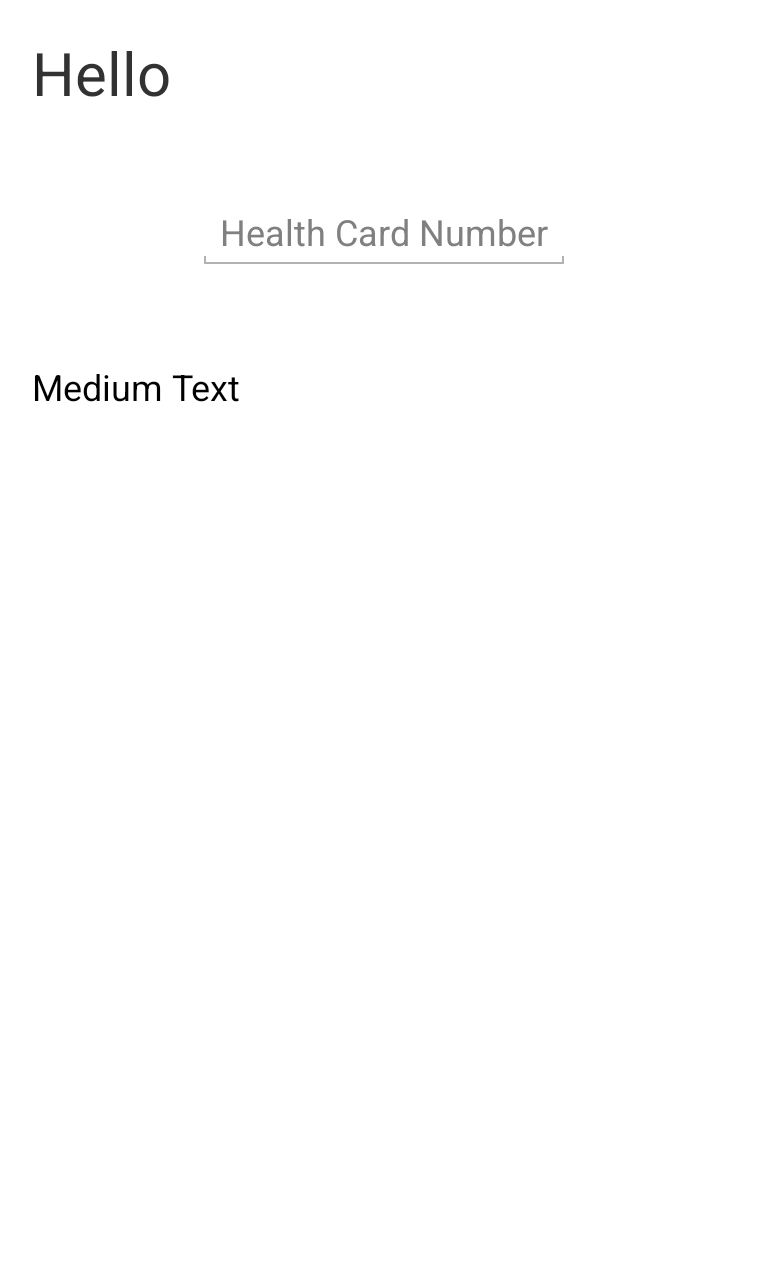
Repository: wangyuan0915/ER
Layout: workspace2/phase3/res/layout/activity_check_time.xml
An editor plug-in stored every save of this project. The layout is shown before and after the next save, followed by the edit.
It is drawn on a 768 x 1280 px phone screen (xhdpi) without system bars, with theme AppTheme; the app's code is not run.

Above is the layout before, as saved 2013-11-25 04:06:47.

After the next save:
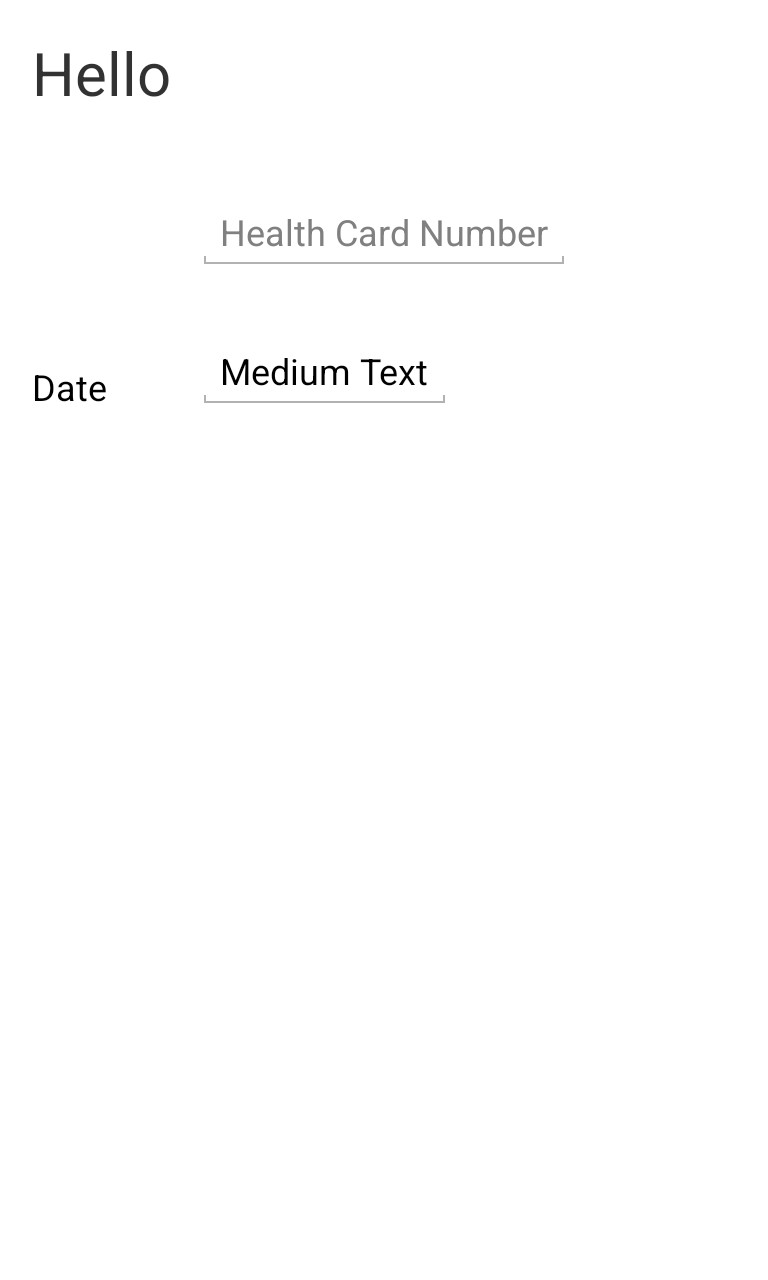
Saved 63 s later.
--- a/workspace2/phase3/res/layout/activity_check_time.xml
+++ b/workspace2/phase3/res/layout/activity_check_time.xml
@@ -32,6 +32,15 @@
         android:layout_alignLeft="@+id/hello2"
         android:layout_below="@+id/healthnum"
         android:layout_marginTop="45dp"
+        android:text="@string/Date"
+        android:textAppearance="?android:attr/textAppearanceMedium" />
+
+    <EditText
+        android:id="@+id/year1"
+        android:layout_width="wrap_content"
+        android:layout_height="wrap_content"
+        android:layout_alignBottom="@+id/date1"
+        android:layout_alignLeft="@+id/healthnum"
         android:text="Medium Text"
         android:textAppearance="?android:attr/textAppearanceMedium" />
 
